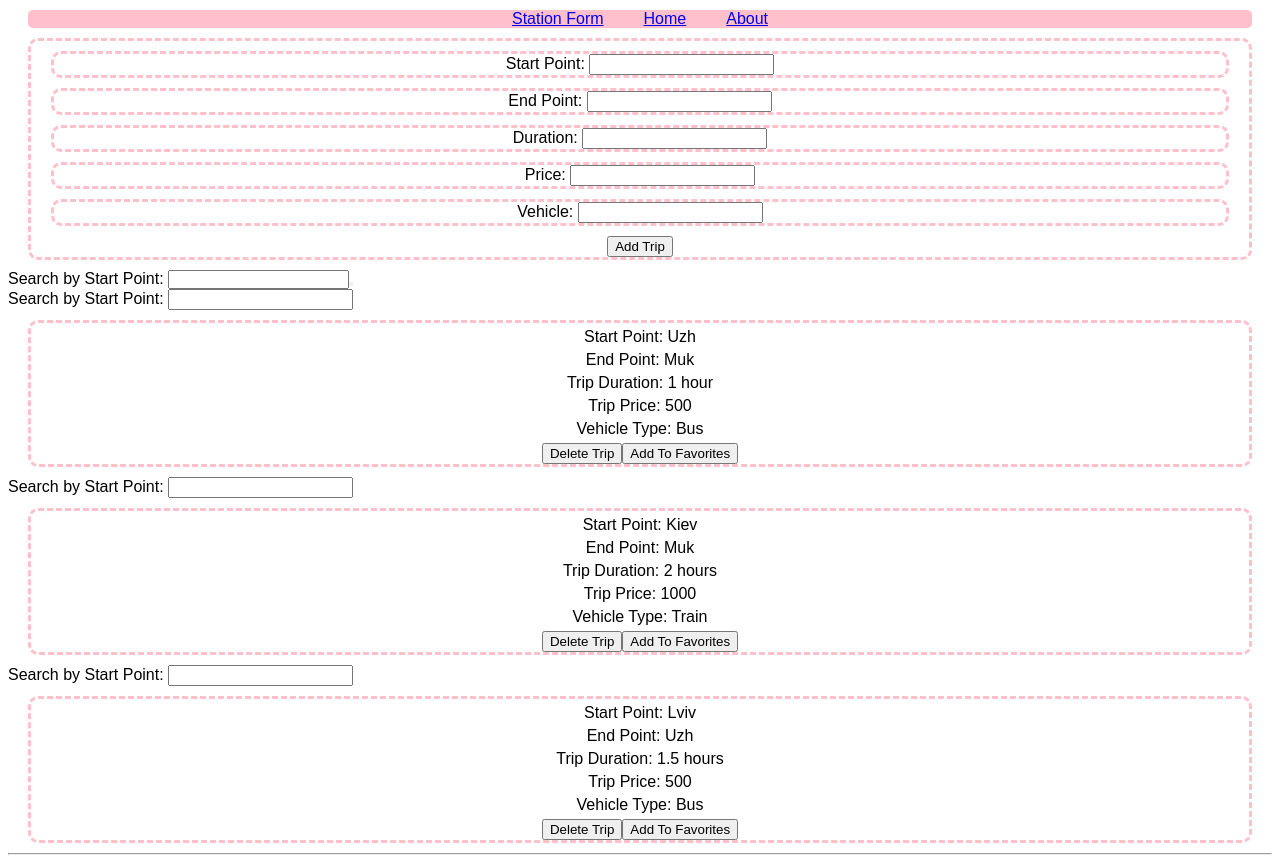
Repository: rutsguifd/mkr2
Page: /#/station-form
The author's editor kept a copy of each file at every save. The page is drawn from the files as they stood at one save, then again after the next save.
The browser window is 1280 px wide. The pictures show the whole page.
The project was rebuilt for these pictures with package versions that can differ from the ones it lists, and the page was loaded fresh each time. Also part of the build but not shown: src/views/Home.vue, src/views/About.vue, src/components/FavoriteTrips.vue.

Above is the page before, as saved 2021-12-21 23:50:53.

### src/App.vue
<template>
  <div>
    <router-view />
  </div>
</template>

<script>
  export default {

  }
</script>

<style lang="scss" scoped>

</style>

### src/router/index.js
import { createRouter, createWebHashHistory } from 'vue-router'
import Home from '../views/Home.vue'
import About from '../views/About.vue'
import StationForm from '../views/StationForm.vue'


const routes = [
  {
    path: '/',
    name: 'Home',
    component: Home
  },
  {
    path: '/about',
    name: 'About',
    component: About
  },
  {
    path: '/station-form',
    name: 'StationForm',
    component: StationForm
  }
]

const router = createRouter({
  history: createWebHashHistory(),
  routes
})

export default router

### src/store/index.js
import { createStore } from 'vuex'

export default createStore({
  state: {
    tripInfo: [
      {
        id: 1,
        tripStart: "Uzh",
        tripEnd: "Muk",
        tripDuration: "1 hour",
        tripPrice: "500",
        vehicle: "Bus"
      },
      {
        id: 2,
        tripStart: "Kiev",
        tripEnd: "Muk",
        tripDuration: "2 hours",
        tripPrice: "1000",
        vehicle: "Train"
      },
      {
        id: 3,
        tripStart: "Lviv",
        tripEnd: "Uzh",
        tripDuration: "1.5 hours",
        tripPrice: "500",
        vehicle: "Bus"
      }
    ],
    favoriteTrips: []
  },
  mutations: {
    addTrip(state, trip) {
      state.tripInfo.push({
        tripStart: trip.start,
        tripEnd: trip.end,
        tripDuration: trip.dur,
        tripPrice: trip.price,
        vehicle: trip.veh
      })
    },
    deleteTrip(state, ind) {
      state.tripInfo.splice(ind, 1)
    },
    updateFavorites(state, fav) {
      state.favoriteTrips.push(fav)
      console.log(state.favoriteTrips)
    },
    updateTripInfo(state, list) {
      state.tripInfo = list
    }
  },
  actions: {
    addToFavorites(context, trip) {
      let fav = {
        id: trip.id,
        tripStart: trip.start,
        tripEnd: trip.end,
        tripDuration: trip.dur,
        tripPrice: trip.price,
        vehicle: trip.veh
      }
      context.commit("updateFavorites", fav)
      //console.log(context.state.favoriteTrips)
    },
    filter(context, search) {
      let list = context.state.tripInfo;
      if (search)
        list = context.state.tripInfo.filter((x) =>
          x.tripStart.startsWith(search)
        );
      context.commit("updateTripInfo", list)
    },
  },
  getters: {
    AllTrips(state) {
      return state.tripInfo
    },
    AllFavoriteTrips(state) {
      return state.favoriteTrips
    }
  }
})

### src/views/StationForm.vue
<template>
  <div>
    <Header />
    <AddTrip />
    <div>
      <label>
        Search by Start Point:
        <input type="text" v-model="search" />
        <button @click="srch"></button>
      </label>
    </div>
    <trip-card v-for="(trip, ind) in AllTrips" :key="ind" :trip="trip" />
    <hr />
    <favorite-trips
      v-for="trip in AllFavoriteTrips"
      :key="trip.id"
      :trip="trip"
    />
  </div>
</template>

<script>
import { mapGetters, mapActions } from "vuex";
import FavoriteTrips from "../components/FavoriteTrips.vue";
import AddTrip from "../components/AddTrip.vue";
import Header from "../components/Header.vue";
import TripCard from "../components/TripCard.vue";
export default {
  name: "StationForm",
  components: {
    TripCard,
    Header,
    AddTrip,
    FavoriteTrips,
  },
  data() {
      return {
          search: ""
      }
  },
  computed: {
    ...mapGetters(["AllFavoriteTrips"]),
    ...mapGetters(["AllTrips"]),
  },
  methods: {
    ...mapActions(["updateTripInfo"]),
    srch() {
        this.updateTripInfo(this.search)
    }
  },
};
</script>

<style lang="scss" scoped>
* {
  margin: 0;
  padding: 0;
  box-sizing: border-box;
  font-family: "Fira Sans", sans-serif;
}
</style>

### src/components/Header.vue
<template>
  <div class="header">
    <span><router-link to="/station-form">Station Form</router-link></span>
    <span><router-link to="/">Home</router-link></span>
    <span><router-link to="/about">About</router-link></span>
  </div>
</template>

<script>
export default {};
</script>

<style lang="scss" scoped>
.header{
    text-align: center;
    margin: 10px 20px;
    background: pink;
    border-radius: 5px;
    span{
        margin: 0px 20px;
    }
}
</style>

### src/components/AddTrip.vue
<template>
  <div class="add">
    <div>
      <label>
        Start Point:
        <input type="text" v-model="tripStart" />
      </label>
    </div>
    <div>
      <label>
        End Point:
        <input type="text" v-model="tripEnd" />
      </label>
    </div>
    <div>
      <label>
        Duration:
        <input type="text" v-model="tripDuration" />
      </label>
    </div>
    <div>
      <label>
        Price:
        <input type="text" v-model="tripPrice" />
      </label>
    </div>
    <div>
      <label>
        Vehicle:
        <input type="text" v-model="vehicle" />
      </label>
    </div>
    <button @click="add">Add Trip</button>
  </div>
</template>

<script>
import { mapMutations } from "vuex";
export default {
  data() {
    return {
      tripStart: "",
      tripEnd: "",
      tripDuration: "",
      tripPrice: "",
      vehicle: "",
    };
  },
  methods: {
    ...mapMutations(["addTrip"]),
    add() {
      this.addTrip({
        id: Date.now(),
        start: this.tripStart,
        end: this.tripEnd,
        dur: this.tripDuration,
        price: this.tripPrice,
        veh: this.vehicle,
      }),
        (this.tripStart = "");
      this.tripEnd = "";
      this.tripDuration = "";
      this.tripPrice = "";
      this.vehicle = "";
    },
  },
};
</script>

<style lang="scss" scoped>
.add {
    border: 3px dashed pink;
    border-radius: 10px;
    margin: 10px 20px;
    text-align: center;
  div {
      border: 3px dashed pink;
    border-radius: 10px;
    margin: 10px 20px;
  }
}
</style>

### src/components/TripCard.vue
<template>
  <div>
    <div>
      <label>
        Search by Start Point:
        <input type="text" v-model="search" />
      </label>
    </div>
    <div class="card">
      <div>Start Point: {{ trip.tripStart }}</div>
      <div>End Point: {{ trip.tripEnd }}</div>
      <div>Trip Duration: {{ trip.tripDuration }}</div>
      <div>Trip Price: {{ trip.tripPrice }}</div>
      <div>Vehicle Type: {{ trip.vehicle }}</div>
      <button @click="del(ind)">Delete Trip</button>
      <button @click="favorite">Add To Favorites</button>
    </div>
  </div>
</template>

<script>
import { mapMutations, mapGetters, mapActions } from "vuex";
export default {
  name: "TripCard",
  props: ["trip"],
  data() {
    return {
      search: "",
    };
  },
  methods: {
    ...mapMutations(["deleteTrip"]),
    ...mapActions(["addToFavorites"]),
    ...mapActions(["updateTripInfo"]),
    del(ind) {
      this.deleteTrip(ind);
    },
    favorite() {
      this.addToFavorites({
        id: Date.now(),
        start: this.trip.tripStart,
        end: this.trip.tripEnd,
        dur: this.trip.tripDuration,
        price: this.trip.tripPrice,
        veh: this.trip.vehicle,
      });
    },
  },
  computed: {
    ...mapGetters(["AllTrips"]),
  },
};
</script>

<style lang="scss" scoped>
.card {
  text-align: center;
  margin: 10px 20px;
  border: 3px dashed pink;
  border-radius: 10px;
  div {
    margin: 5px 0px;
  }
}
</style>

Loaded but not shown: public/index.html (common file); src/main.js (common file)

After the next save:
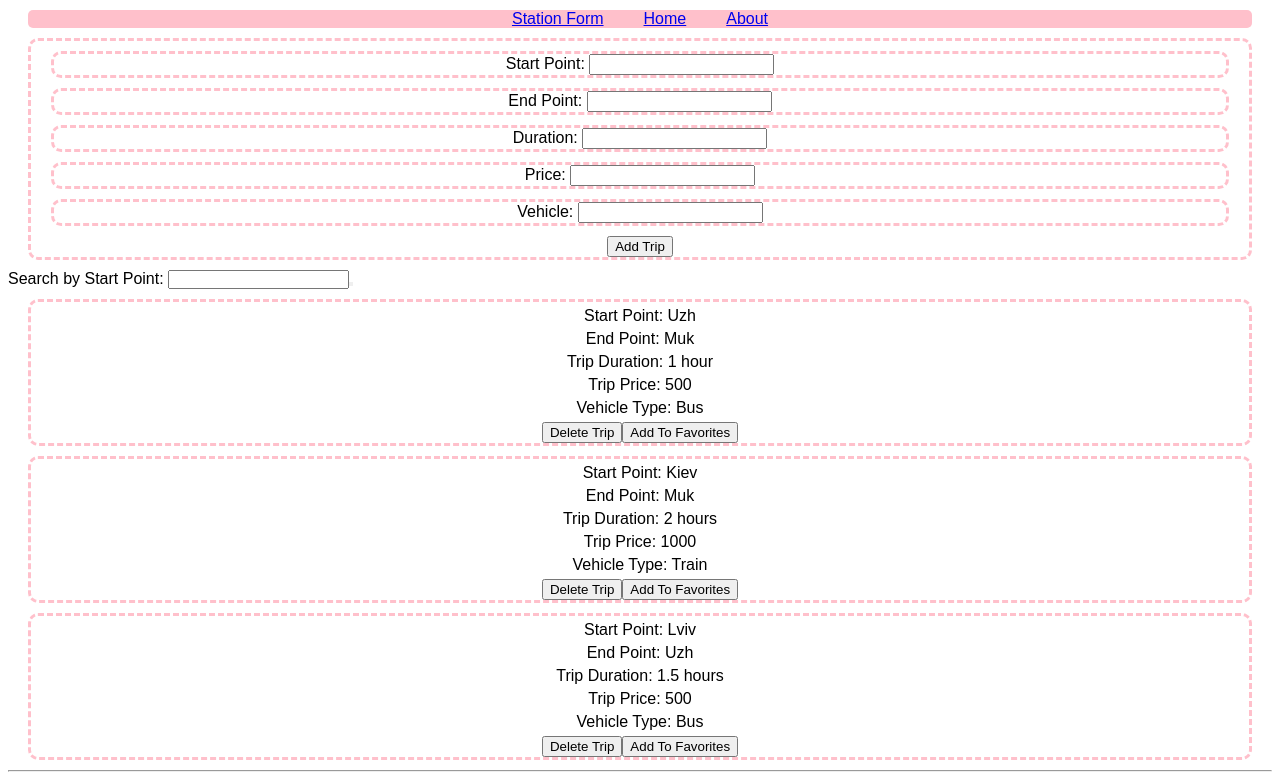
Saved 5 s later.
--- a/src/components/TripCard.vue
+++ b/src/components/TripCard.vue
@@ -1,11 +1,5 @@
 <template>
   <div>
-    <div>
-      <label>
-        Search by Start Point:
-        <input type="text" v-model="search" />
-      </label>
-    </div>
     <div class="card">
       <div>Start Point: {{ trip.tripStart }}</div>
       <div>End Point: {{ trip.tripEnd }}</div>
@@ -23,15 +17,9 @@ import { mapMutations, mapGetters, mapActions } from "vuex";
 export default {
   name: "TripCard",
   props: ["trip"],
-  data() {
-    return {
-      search: "",
-    };
-  },
   methods: {
     ...mapMutations(["deleteTrip"]),
     ...mapActions(["addToFavorites"]),
-    ...mapActions(["updateTripInfo"]),
     del(ind) {
       this.deleteTrip(ind);
     },
